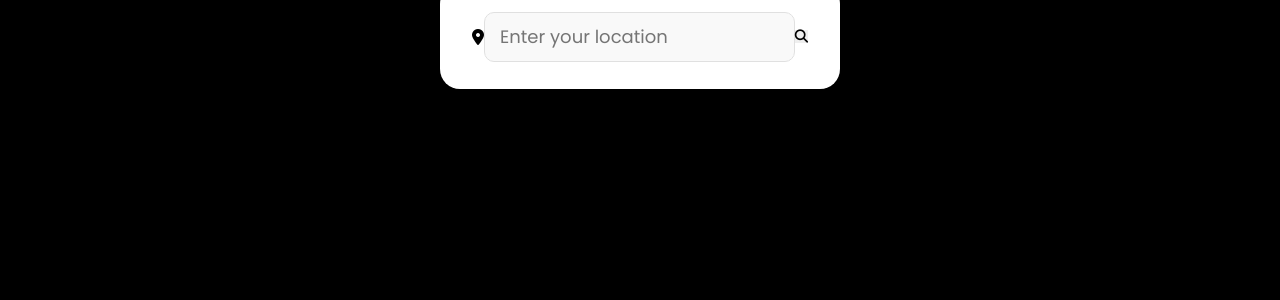
Repository: Pr1s0n3r627/weather
Page: index.html
The author's editor kept a copy of each file at every save. The page is drawn from the files as they stood at one save, then again after the next save.
The browser window is 1280 px wide. The pictures show the whole page.
Some web libraries are served in a nearby version.

Above is the page before, as saved 2024-05-18 22:57:08.
Not found: index.js

### index.html
<!DOCTYPE html>
<html lang="en">

<head>
    <meta charset="UTF-8">
    <meta http-equiv="X-UA-Compatible" content="IE=edge">
    <meta name="viewport" content="width=device-width, initial-scale=1.0">
    <link
        href="https://fonts.googleapis.com/css2?family=Poppins:wght@300;400;500;600;700;800;900&family=Roboto:wght@300;400;500;700;900&display=swap"
        rel="stylesheet">
    <link rel="stylesheet" href="style.css">
    <title>Day #10 - Weather App | AsmrProg</title>
</head>

<body>

    <div class="container">
        <div class="search-box">
            <i class="fa-solid fa-location-dot"></i>
            <input type="text" placeholder="Enter your location">
            <button class="fa-solid fa-magnifying-glass"></button>
        </div>

        <div class="not-found">
            <img src="not-found.png">
            <p>Oops! Invalid location :/</p>
        </div>

        <div class="weather-box">
            <img src="">
            <p class="temperature"></p>
            <p class="description"></p>
        </div>

        <div class="weather-details">
            <div class="humidity">
                <i class="fa-solid fa-water"></i>
                <div class="text">
                    <span></span>
                    <p>Humidity</p>
                </div>
            </div>
            <div class="wind">
                <i class="fa-solid fa-wind"></i>
                <div class="text">
                    <span></span>
                    <p>Wind Speed</p>
                </div>
            </div>
        </div>

    </div>

    <script src="https://kit.fontawesome.com/7c8801c017.js" crossorigin="anonymous"></script>
    <script src="index.js"></script>
</body>

</html>

### style.css
*{
    margin: 0;
    padding: 0;
    border: 0;
    outline: none;
    box-sizing: border-box;
}

body{
    height: 10vh;
    display: flex;
    align-items: center;
    justify-content: center;
    background: #000;
}

.container{
    position: relative;
    width: 400px;
    height: 105px;
    background: #fff;
    padding: 28px 32px;
    overflow: hidden;
    border-radius: 20px;
    font-family: 'Poppins', sans-serif;
    transition: 0.6s;
}

.search-box{
    width: 100%;
    height: min-content;
    display: flex;
    align-items: center;
    justify-content: space-between
}

.search-box input{
    width: 100%;
    height: 50px;
    background: #f9f9f9;
    border: 1px solid #e0e0e0;
    border-radius: 10px;
    padding: 0 15px;
    font-size: 18px;
    color: #333;
    font-family: 'Poppins', sans-serif;
    transition: 0.6s;
}

After the next save:
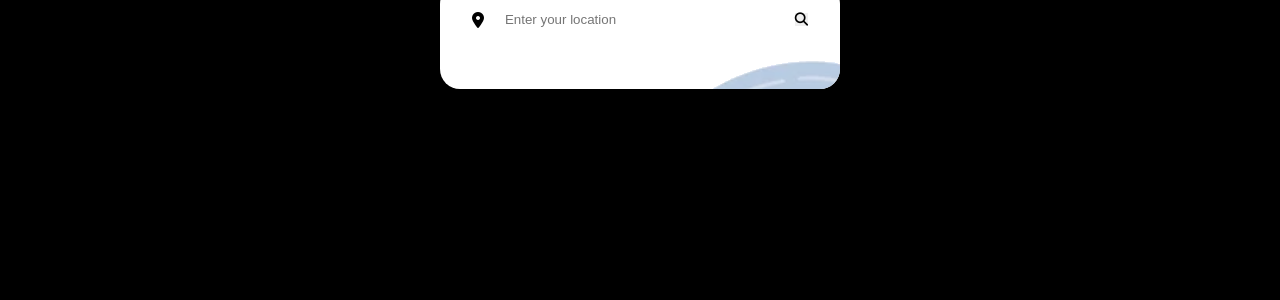
Saved 67 s later.
--- a/style.css
+++ b/style.css
@@ -35,14 +35,6 @@ body{
 }
 
 .search-box input{
-    width: 100%;
-    height: 50px;
-    background: #f9f9f9;
-    border: 1px solid #e0e0e0;
-    border-radius: 10px;
-    padding: 0 15px;
-    font-size: 18px;
     color: #333;
-    font-family: 'Poppins', sans-serif;
-    transition: 0.6s;
+    width: 80%;
 }
